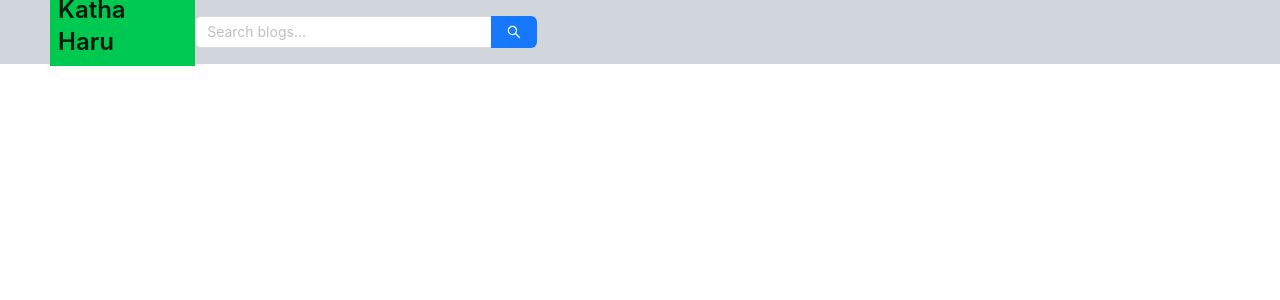
Repository: amich10/Blog_Frontend
Page: /user
The author's editor kept a copy of each file at every save. The page is drawn from the files as they stood at one save, then again after the next save.
The browser window is 1280 px wide. The pictures show the whole page.
The project was rebuilt for these pictures with package versions that can differ from the ones it lists, and the page was loaded fresh each time. Also part of the build but not shown: vite.config.ts, src/pages/category/admin.category.tsx, src/services/user.service.tsx, src/pages/users/admin.user.list.tsx, src/components/input.component.tsx, src/pages/users/admin.adduser.tsx, src/pages/users/admin.user.edit.tsx, src/pages/category/add.category.tsx and 5 more.

Above is the page before, as saved 2025-04-25 12:14:02.

After the next save:
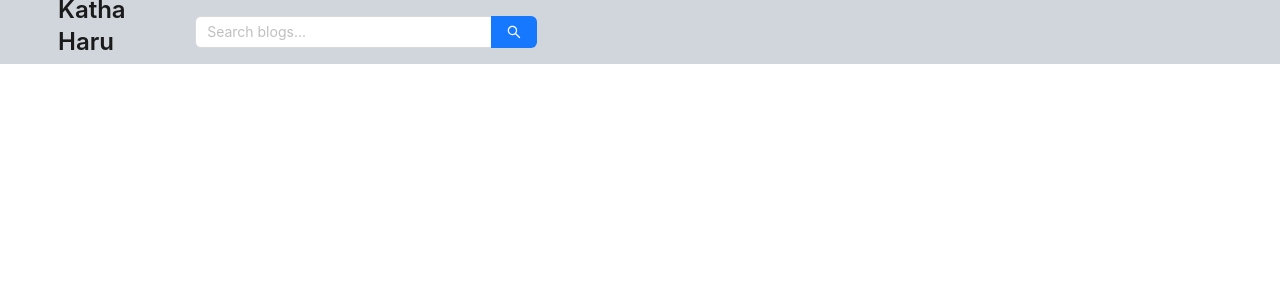
Saved 13 s later.
--- a/src/pages/user role/home page/user.header.tsx
+++ b/src/pages/user role/home page/user.header.tsx
@@ -9,7 +9,7 @@
     <>
     <Layout.Header className=' flex bg-gray-300! '>
         <div className='flex justify-center items-center'>
-          <Typography.Title level={3} className='p-2 font-serif w-50 bg-green-500'>Katha Haru</Typography.Title>
+          <Typography.Title level={3} className='p-2 font-serif w-50'>Katha Haru</Typography.Title>
           <Input.Search placeholder="Search blogs..." enterButton />
         </div>
 
